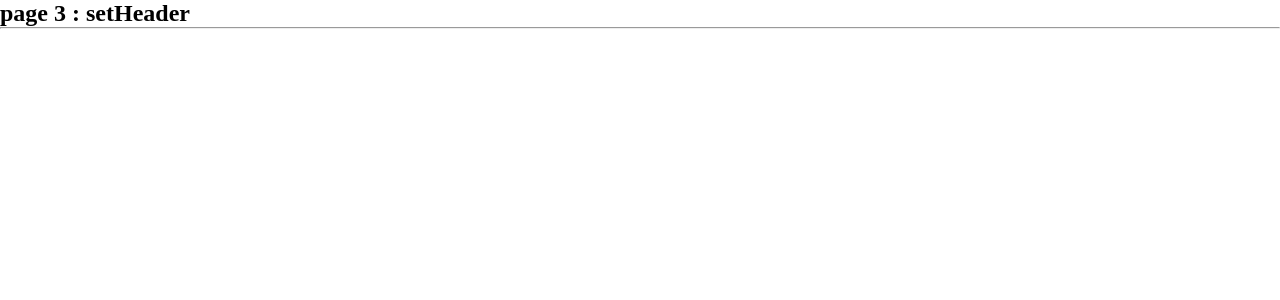
Repository: hyunh84/jsp_study
Page: http://localhost/Day03/j05_setHeader01.jsp
The author's editor kept a copy of each file at every save. The page is drawn from the files as they stood at one save, then again after a run of saves.
The browser window is 1280 px wide. The pictures show the whole page.
The page is served by Tomcat 9.

Above is the page before, as saved 2015-09-12 02:28:54.

After the next 2 saves:
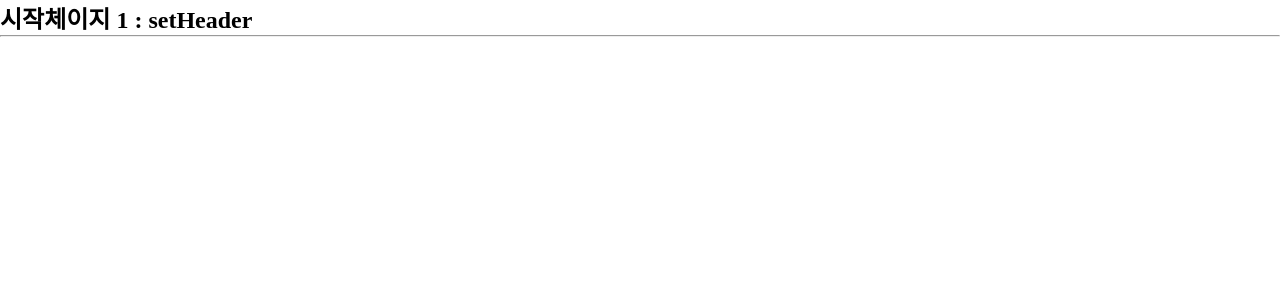
The 2 saves are shown as one change because they came seconds apart.
The last was saved 29 s later.
--- a/MyWorks/Day03/WebContent/j05_setHeader01.jsp
+++ b/MyWorks/Day03/WebContent/j05_setHeader01.jsp
@@ -17,7 +17,7 @@
 </head>
 <body>
 
-	<h2>page 3 : setHeader</h2>
+	<h2>시작체이지 1 : setHeader</h2>
 	<hr>
 
 	<%--
